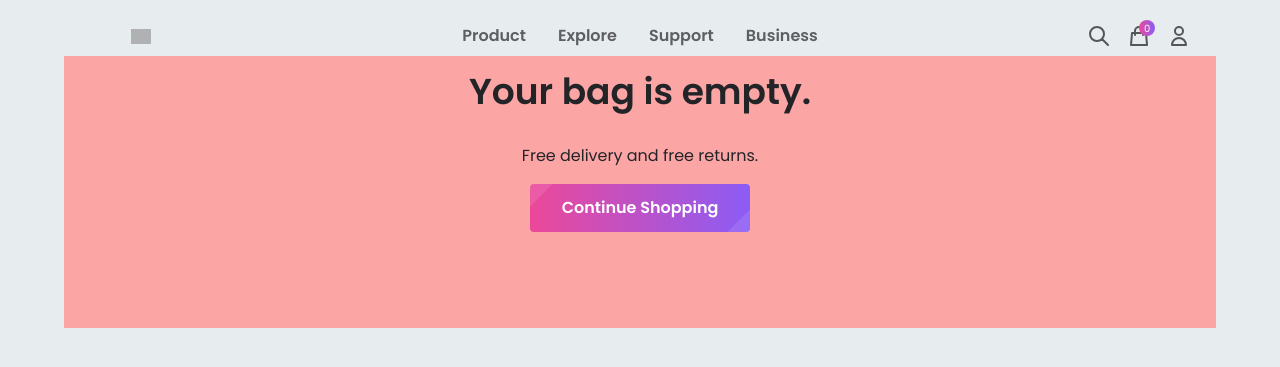
Repository: aliamini1422/semiAppleSite
Page: /checkout
These files come from the project's save history. The page is drawn as it stood at one moment and after the next save; the edit follows.
The browser window is 1280 px wide. The pictures show the whole page.
Pictures or frames that could not be fetched are drawn as grey boxes. The page's requests for data from a server got no answer. The project was rebuilt for these pictures with package versions that can differ from the ones it lists, and the page was loaded fresh each time. The framework's server and built-in components were replaced by stand-ins that run in the browser. No one was signed in, and anything a server would have sent is missing. Also part of the build but not shown: next.config.js, sanity.js, components/CheckoutProduct.tsx.

Above is the page before, as saved 2022-09-05 02:34:39.

### pages/_app.tsx
import '../styles/globals.css'
import type { AppProps } from 'next/app'
import { Provider} from "react-redux";
import { store } from "../redux/store";
import { Toaster } from "react-hot-toast";

function MyApp({ Component, pageProps }: AppProps) {
  return (
    <Provider store={store}>
      <Toaster />
      <Component {...pageProps} />
    </Provider>
  )
}

export default MyApp

### pages/checkout.tsx
import React from 'react'
import Header from '../components/Header'
import { useSelector } from 'react-redux';
import { selectBasketItems } from '../redux/basketSlice';
import { useRouter } from 'next/router';
import Button from '../components/Button';
import { useState, useEffect } from 'react';
import CheckoutProduct from '../components/CheckoutProduct';

function checkout() {
    const items = useSelector(selectBasketItems);
    const router = useRouter();
    const [groupedItemsInBasket, setGroupedItemsInBasket] = useState({} as {[key: string]: Product []});


    useEffect(()=>{
        const groupedItems = items.reduce((results, item)=>{
            (results[item._id] = results[item._id] || []).push(item);
            return results;
        },{} as {[key: string]: Product []})
        setGroupedItemsInBasket(groupedItems);
    },[items]);



  return (
    <div className=' min-h-screen overflow-hidden bg-[#E7ECEE] '>
        <Header />
        <main className='mx-auto bg-red-300 max-w-6xl pb-24 flex flex-col items-center '>
            <div className='px-5 '>
                <h1 className='my-4 text-3xl font-semibold lg:text-4xl'>{items.length > 0 ? "Review your bag" : "Your bag is empty."}</h1>
            </div>
            <p className='my-4'>Free delivery and free returns.</p>
            {items.length === 0 && (<Button title='Continue Shopping' onClick={()=>router.push("/")} />)}
            <div>
                {items.length > 0 && (
                    <div className='mx-5 md:mx-8'>
                        {Object.entries(groupedItemsInBasket).map(([key, items]) =>(
                            <CheckoutProduct key={key} items={items} id={key} />
                        ))}
                    </div>
                )}
            </div>
        </main>
    </div>
  )
}

export default checkout

### styles/globals.css
@import url('https://fonts.googleapis.com/css2?family=Poppins:ital,wght@0,100;0,200;0,300;0,400;0,500;0,600;0,700;0,800;0,900;1,100;1,200;1,400;1,500;1,600;1,700;1,800;1,900&display=swap');
@tailwind base;
@tailwind components;
@tailwind utilities;

@layer base{
    body{
        @apply font-body text-[#232428]
    }
}
@layer components{
    .headerLink{
        @apply cursor-pointer  font-semibold opacity-70 transition hover:opacity-100
    }
    .headerIcon{
        @apply w-6 h-6 cursor-pointer opacity-75 transition hover:opacity-100
    }
    .link{
        @apply relative cursor-pointer text-lg font-medium before:absolute before:inset-x-0 before:rounded-bl before:origin-left before:-bottom-1.5
         before:h-0.5 before:bg-black before:transform before:scale-x-0 before:transition-all before:duration-200
         hover:before:scale-x-100
    }

    .borderGradient{
        @apply text-center pb-1 bg-gradient-to-r from-[#ec4899] to-[#8b5cf6] bg-left-bottom bg-no-repeat bg-[length:100%_2px]
    }
    .tabPanel{
        @apply grid grid-cols-1 gap-8 sm:grid-cols-2 md:grid-cols-1 lg:grid-cols-2 xl:grid-cols-3
    }
}

### redux/store.ts
import { configureStore } from '@reduxjs/toolkit'
import basketReducer from './basketSlice';

export const store = configureStore({
  reducer: {
    basket: basketReducer,
  },
})

// Infer the `RootState` and `AppDispatch` types from the store itself
export type RootState = ReturnType<typeof store.getState>
// Inferred type: {posts: PostsState, comments: CommentsState, users: UsersState}
export type AppDispatch = typeof store.dispatch

### components/Header.tsx
import Image from 'next/image'
import Link from 'next/link'
import React from 'react'
import { useSelector } from 'react-redux';
import {SearchIcon, ShoppingBagIcon, UserIcon} from '@heroicons/react/outline';
import { selectBasketItems } from '../redux/basketSlice';
import { useRouter } from 'next/router';
function Header() {
  const router = useRouter();
  const items = useSelector(selectBasketItems);
  const session = false;
  return (
    <header className='sticky top-0 w-full z-30 flex items-center justify-between bg-[#E7ECEE] pt-4 px-4'>
      <div className='flex items-center justify-center md:w-1/5'>
        <Link href= "/">
          <div className='relative w-5 h-10 cursor-pointer opacity-75  transition hover:opacity-100'>
            <Image src="https://upload.wikimedia.org/wikipedia/commons/thumb/f/fa/Apple_logo_black.svg/1667px-Apple_logo_black.svg.png" layout='fill' objectFit='contain'/>
          </div>
        </Link>
      </div>
      <div className='hidden flex-1 items-center justify-center space-x-8 md:flex'>
        <a className='headerLink' href="/">Product</a>
        <a className='headerLink' href="/">Explore</a>
        <a className='headerLink' href="/">Support</a>
        <a className='headerLink' href="/">Business</a>
      </div>
      <div className='flex gap-x-4 items-center justify-center md:w-1/5'>
        <SearchIcon className='headerIcon'/>
        <div className='relative cursor-pointer'>
          <span className='absolute -right-1 -top-1 z-30 flex items-center w-4 h-4 justify-center bg-gradient-to-r from-pink-500 to-violet-500
          rounded-full text-[10px] text-white'>{items.length}</span>
          <ShoppingBagIcon className='headerIcon' onClick={()=>{router.push("/checkout")}}/>
        </div>
        {session ? (<Image src="" className='cursor-pointer rounded-full'/>): (<UserIcon className='headerIcon'/>)}
      </div>
    </header>
  )
}

export default Header

### redux/basketSlice.ts
import { createSlice } from '@reduxjs/toolkit'
import type { PayloadAction } from '@reduxjs/toolkit'
import type { RootState } from './store'
import { stat } from 'fs'

// Define a type for the slice state
interface BasketState {
  items:Product[]
}

// Define the initial state using that type
const initialState: BasketState = {
  items:[],
}

export const basketSlice = createSlice({
  name: 'basket',
  // `createSlice` will infer the state type from the `initialState` argument
  initialState,
  reducers: {
    addToBasket: (state: BasketState, action:PayloadAction<Product>) => {
      state.items = [...state.items, action.payload];
    },
    removeFromBasket: (
      state: BasketState,
      action: PayloadAction<{ id: string }>
    ) => {
      const index = state.items.findIndex(
        (item: Product) => item._id === action.payload.id
      );

      let newBasket = [...state.items];

      if (index >= 0) {
        newBasket.splice(index, 1);
      } else {
        console.log(
          `Cant remove product (id: ${action.payload.id}) as its not in basket!`
        );
      }

      state.items = newBasket;
    },
    // Use the PayloadAction type to declare the contents of `action.payload`

  },
})

export const { addToBasket, removeFromBasket } = basketSlice.actions

// Other code such as selectors can use the imported `RootState` type
export const selectBasketItems = (state: RootState) => state.basket.items;
export const selectBasketItemsWithId = (state: RootState, id:string) => {
    state.basket.items.filter((item:Product)=> item._id === id);
 };
export const selectBasketTotal = (state: RootState)=>{
    state.basket.items.reduce((total:number, item:Product)=>(total += item.price),0);
}

export default basketSlice.reducer

### components/Button.tsx
import React from 'react'

interface Props{
    title:string;
    onClick?: ()=> void;
    width?:string;
    loading?:boolean;
    padding?:string;
    noIcon?:boolean;
}


function Button({ title, onClick, width, loading, padding, noIcon }: Props) {
    return (
      <button
        className={`ease group relative z-30 box-border inline-flex ${
          width ? width : "w-auto"
        } ${padding} cursor-pointer items-center justify-center overflow-hidden rounded bg-indigo-600 bg-gradient-to-r from-pink-500 to-violet-500 px-8 py-3 font-bold text-white transition-all duration-300 focus:outline-none`}
        onClick={onClick}
      >
        <span className="absolute bottom-0 right-0 -mb-8 -mr-5 h-20 w-8 translate-x-1 rotate-45 transform bg-white opacity-10 transition-all duration-300 ease-out group-hover:translate-x-0"></span>
        <span className="absolute top-0 left-0 -mt-1 -ml-12 h-8 w-20 -translate-x-1 -rotate-45 transform bg-white opacity-10 transition-all duration-300 ease-out group-hover:translate-x-0"></span>

        <span className="relative z-20 flex items-center font-semibold">
          {noIcon && (
            <svg
              className="relative mr-2 h-5 w-5 flex-shrink-0 text-white"
              fill="none"
              stroke="currentColor"
              viewBox="0 0 24 24"
              xmlns="http://www.w3.org/2000/svg"
            >
              <path
                strokeLinecap="round"
                strokeLinejoin="round"
                strokeWidth="2"
                d="M13 10V3L4 14h7v7l9-11h-7z"
              ></path>
            </svg>
          )}
          {loading ? "Loading..." : title}
        </span>
      </button>
    );
  }

  export default Button;

### tailwind.config.js
/** @type {import('tailwindcss').Config} */
module.exports = {
  content: [
    './pages/**/*.{js,ts,jsx,tsx}',
    './components/**/*.{js,ts,jsx,tsx}',
  ],
  theme: {
    extend: {
      fontFamily :{
        body: ["Poppins", "Sans-serif"],
      }
    },
  },
  plugins: [],
}

After the next save:
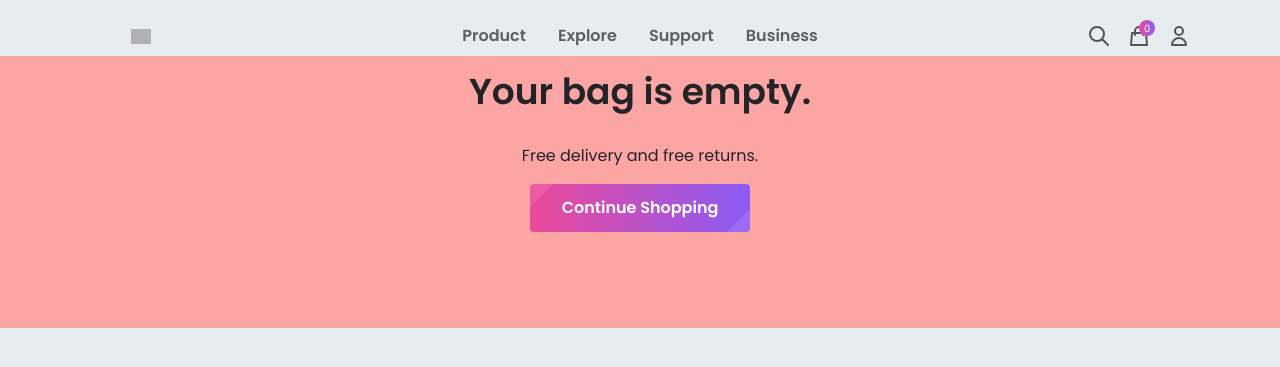
Saved 6 s later.
--- a/pages/checkout.tsx
+++ b/pages/checkout.tsx
@@ -26,7 +26,7 @@
   return (
     <div className=' min-h-screen overflow-hidden bg-[#E7ECEE] '>
         <Header />
-        <main className='mx-auto bg-red-300 max-w-6xl pb-24 flex flex-col items-center '>
+        <main className='mx-auto bg-red-300 max-w-7xl pb-24 flex flex-col items-center '>
             <div className='px-5 '>
                 <h1 className='my-4 text-3xl font-semibold lg:text-4xl'>{items.length > 0 ? "Review your bag" : "Your bag is empty."}</h1>
             </div>

After the save that followed:
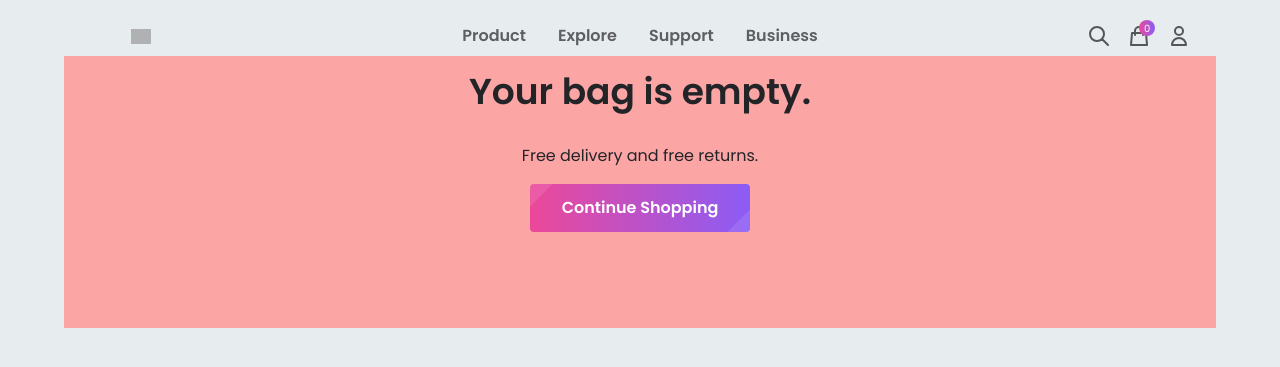
Saved 3 min 7 s later.
--- a/pages/checkout.tsx
+++ b/pages/checkout.tsx
@@ -26,7 +26,7 @@
   return (
     <div className=' min-h-screen overflow-hidden bg-[#E7ECEE] '>
         <Header />
-        <main className='mx-auto bg-red-300 max-w-7xl pb-24 flex flex-col items-center '>
+        <main className='mx-auto bg-red-300 max-w-6xl pb-24 flex flex-col items-center '>
             <div className='px-5 '>
                 <h1 className='my-4 text-3xl font-semibold lg:text-4xl'>{items.length > 0 ? "Review your bag" : "Your bag is empty."}</h1>
             </div>
